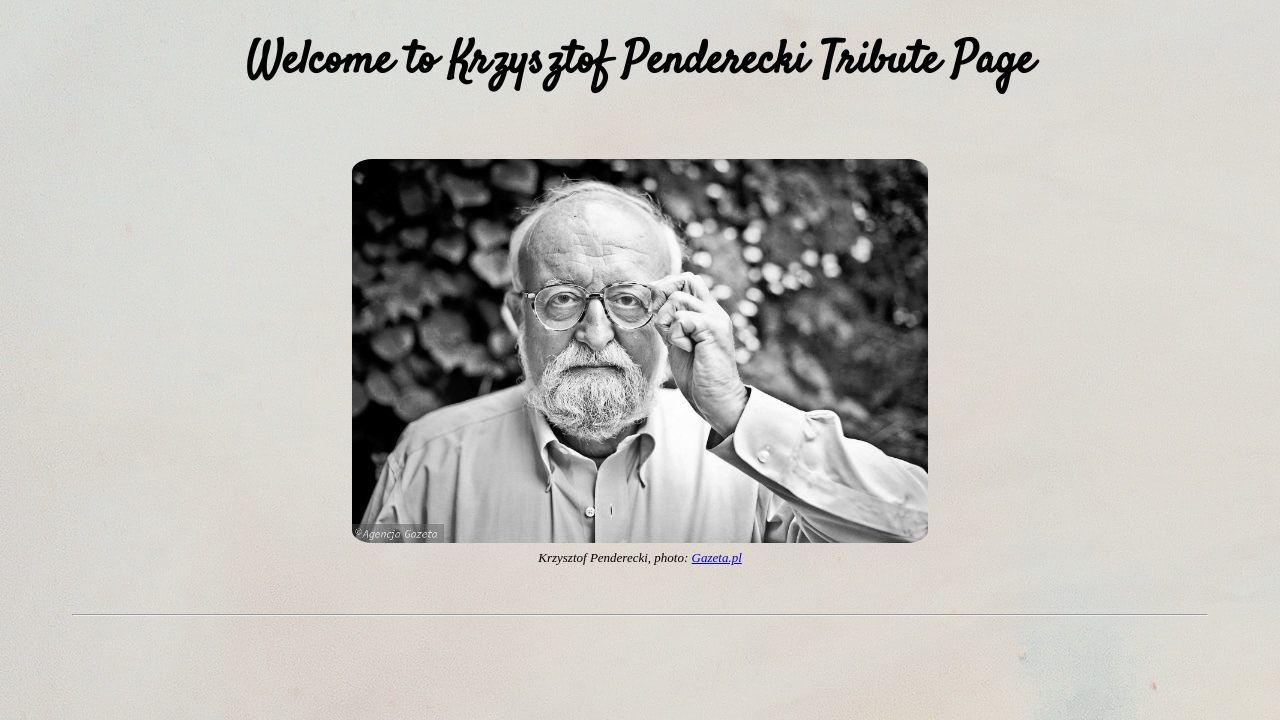
Repository: justynke/tribute_page
Page: index.html
An editor plug-in stored every save of this project. The page is shown before and after the next save, followed by the edit.
The browser window is 1280 px wide. The pictures show the whole page.

Above is the page before, as saved 2020-04-23 00:04:33.

After the next save:
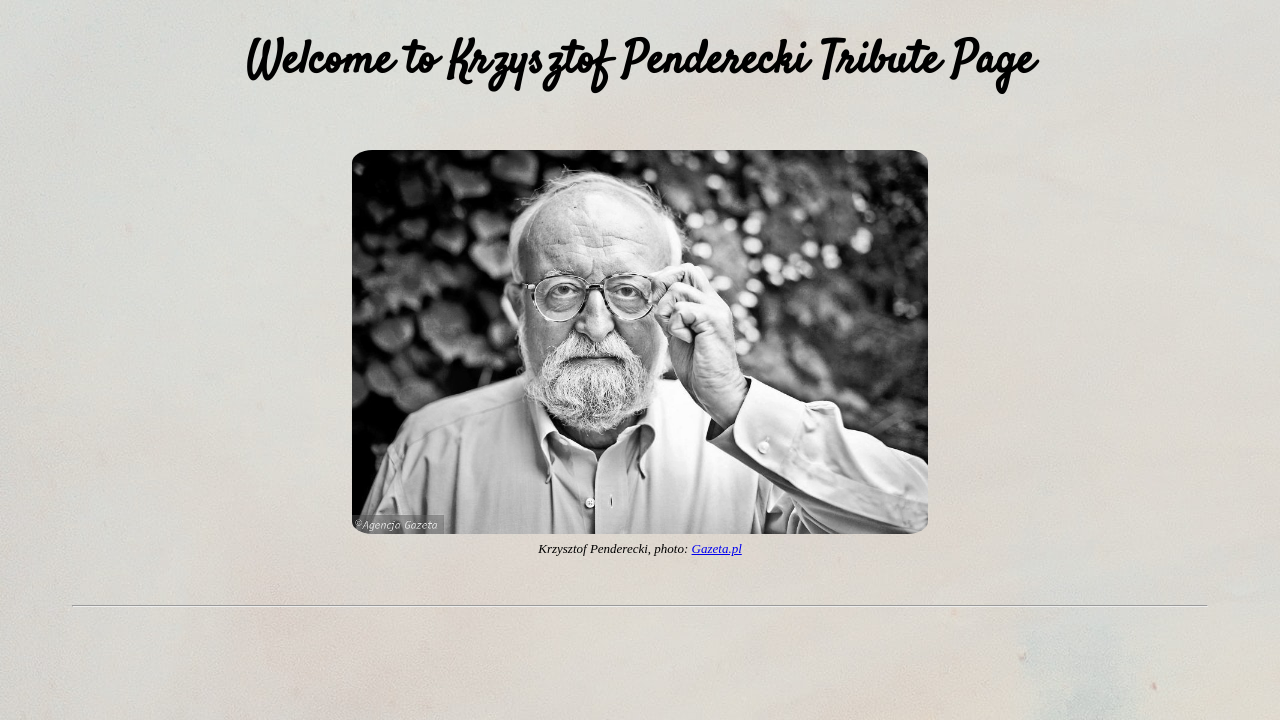
Saved 20 s later.
--- a/styles.css
+++ b/styles.css
@@ -6,7 +6,7 @@
     text-align: center;
     font-family: Satisfy;
     font-size: 45px;
-    margin-bottom: 1em;
+    margin-bottom: 0.8em;
 }
 
 #img-div {
